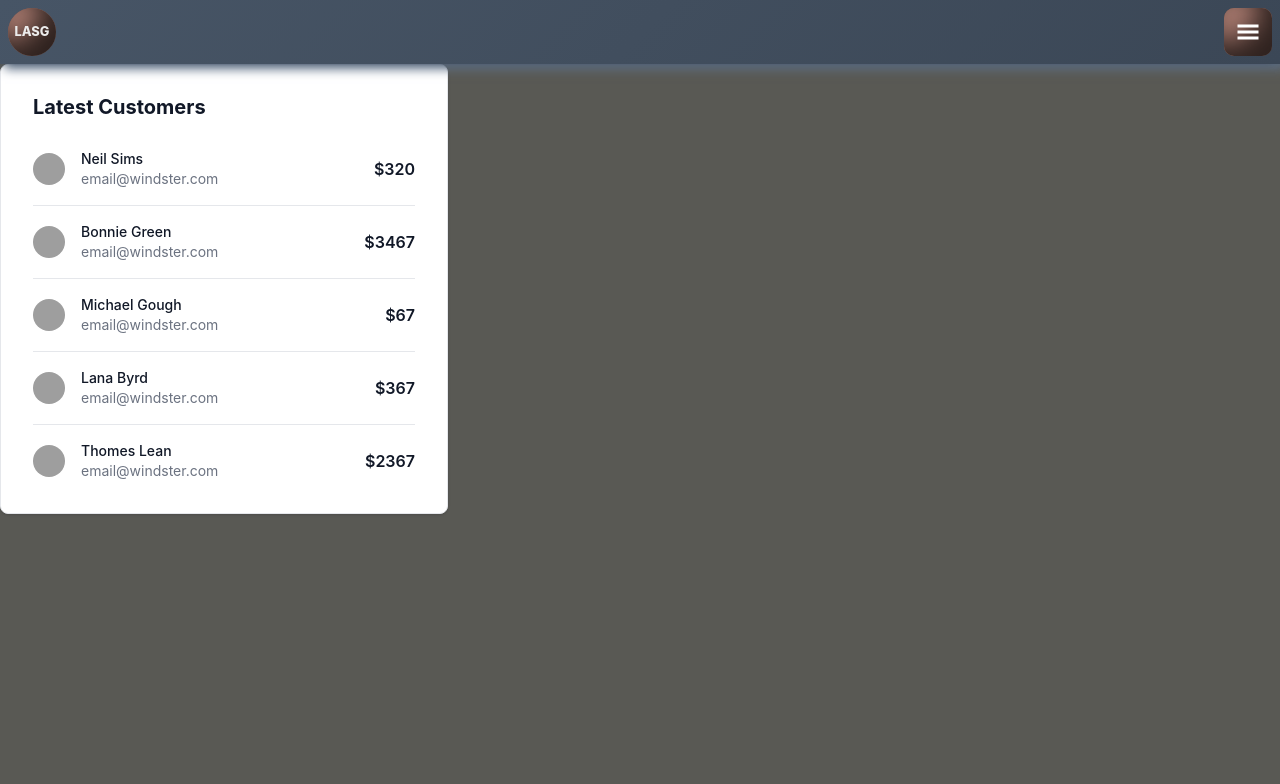
Repository: ShindanoSingi/LA-Swahili-Group
Page: /user (app in client/)
An editor plug-in stored every save of this project. The page is shown before and after the next save, followed by the edit.
The browser window is 1280 px wide. The pictures show the whole page.
Pictures or frames that could not be fetched are drawn as grey boxes. The project was rebuilt for these pictures with package versions that can differ from the ones it lists, and the page was loaded fresh each time. Also part of the build but not shown: client/src/pages/error/Error.css, client/src/pages/error/Error.js, client/src/pages/home/Home.js, client/src/pages/about/About.js, client/src/pages/contact/Contact.js, client/src/pages/login/Login.js.

Above is the page before, as saved 2024-02-07 23:28:49.

### client/src/index.js
import React from 'react';
import ReactDOM from 'react-dom/client';
import './index.css';
import App from './App';
import reportWebVitals from './reportWebVitals';
import { Provider } from "react-redux";
import store from './redux/store';
import { BrowserRouter } from 'react-router-dom';


const root = ReactDOM.createRoot(document.getElementById('root'));
root.render(
  <Provider store={store}>
    <BrowserRouter>
    <App />
    </BrowserRouter>
  </Provider>
);

// If you want to start measuring performance in your app, pass a function
// to log results (for example: reportWebVitals(console.log))
// or send to an analytics endpoint. Learn more: https://bit.ly/CRA-vitals
reportWebVitals();

### client/src/index.css
@tailwind base;
@tailwind components;
@tailwind utilities;

:root{
  --primary: #424F5F;
  --secondary: #F3F3F3;
  --tertiary: #F4A261;
  --quaternary: #2A9D8F;
  --quinary: #E9C46A;

}

body {
  margin: 0;
  font-family: -apple-system, BlinkMacSystemFont, 'Segoe UI', 'Roboto', 'Oxygen',
    'Ubuntu', 'Cantarell', 'Fira Sans', 'Droid Sans', 'Helvetica Neue',
    sans-serif;
  -webkit-font-smoothing: antialiased;
  -moz-osx-font-smoothing: grayscale;
}

.container{
  max-height: 100vh;
  background-color: var(--primary);
}

.container {
  display: flex;
  justify-content: center;
  align-items: center;
  height: 100vh;
}

.logo{
  height: 100dvh;
}

### client/src/App.js
import Header from "./components/header/Header";
import Error from "./pages/error/Error";
import Home from "./pages/home/Home";
import { Routes, Route, useNavigate } from "react-router-dom";
import About from "./pages/about/About";
import Contact from "./pages/contact/Contact";
import Login from "./pages/login/Login";
import UserDashBoard from "./pages/userDashBoard/UserDashBoard";
import { useEffect } from "react";


function App() {

      const navigate = useNavigate()

      const user = 'user';

      useEffect(() => {
            if (user === 'user') {
                  navigate('/user')
            }
      })

      return (
            <>
                  <Header />
                  <Routes>
                        <Route path="/" element={<Home />} />
                        <Route path="/about" element={<About />} />
                        <Route path="/contact" element={<Contact />} />
                        <Route path="/login" element={<Login />} />
                        <Route path="/user" element={<UserDashBoard/>} />
                        <Route
                              path="/:rest*"
                              element={
                                    <h1>
                                          <Error />
                                    </h1>
                              }
                        />
                  </Routes>
            </>
      );
}

export default App;

### client/src/redux/store.js
import { configureStore } from "@reduxjs/toolkit";

import userReducer from "./userSlice";

const store = configureStore({
    reducer: {
        userReducer,
    },
});

export default store;

### client/src/components/header/Header.js
import React, { useState } from "react";
import "./Header.css";
import { GiHamburgerMenu } from "react-icons/gi";
import { Link } from "react-router-dom";

function Header() {
      const [show, setShow] = useState(false);

      return (
            <div className="header fixed top-0 w-full flex items-center justify-between p-2">
                  <div className="w-12 h-12 rounded-full text-[0.8rem] logo-button flex font-extrabold text-[#EBEBEB] justify-center items-center">
                        LASG
                  </div>
                  <div className="hambourger h-12 w-12 flex items-center justify-center">
                        <GiHamburgerMenu
                              className="text-[#FFFFFF] text-2xl"
                              onClick={() => setShow(!show)}
                        />
                  </div>
                  {show && (
                        <ul className="flex flex-col items-center p-2 top-[4.2rem] right-2 menu text-[#FFFFFF] absolute">
                              <Link to="/" onClick={() => setShow(!show)}>
                                    <li className="menu-item">Home</li>
                              </Link>
                              <Link to="/about" onClick={() => setShow(!show)}>
                                    <li className="menu-item">About</li>
                              </Link>
                              <Link
                                    to="/contact"
                                    onClick={() => setShow(!show)}
                              >
                                    <li className="menu-item">Contact</li>
                              </Link>
                              <Link to="/login" onClick={() => setShow(!show)}>
                                    <li className="menu-item">Login</li>
                              </Link>
                        </ul>
                  )}
            </div>
      );
}

export default Header;

### client/src/pages/userDashBoard/UserDashBoard.js
import React from "react";

function UserDashBoard() {
      return (
            <div className="mt-[4rem] min-h-[100vh] bg-[#595954] text-[#FFFFFF]">
                  <div className="w-full max-w-md p-4 bg-white border border-gray-200 rounded-lg shadow sm:p-8 dark:bg-gray-800 dark:border-gray-700">
                        <div className="flex items-center justify-between mb-4">
                              <h5 className="text-xl font-bold leading-none text-gray-900 dark:text-white">
                                    Latest Customers
                              </h5>
                        </div>
                        <div className="flow-root">
                              <ul
                                    role="list"
                                    className="divide-y divide-gray-200 dark:divide-gray-700"
                              >
                                    <li className="py-3 sm:py-4">
                                          <div className="flex items-center">
                                                <div className="flex-shrink-0">
                                                      <img
                                                            className="w-8 h-8 rounded-full"
                                                            src="https://picsum.photos/200/300"
                                                            alt="Neil image"
                                                      />
                                                </div>
                                                <div className="flex-1 min-w-0 ms-4">
                                                      <p className="text-sm font-medium text-gray-900 truncate dark:text-white">
                                                            Neil Sims
                                                      </p>
                                                      <p className="text-sm text-gray-500 truncate dark:text-gray-400">
                                                            email@windster.com
                                                      </p>
                                                </div>
                                                <div className="inline-flex items-center text-base font-semibold text-gray-900 dark:text-white">
                                                      $320
                                                </div>
                                          </div>
                                    </li>
                                    <li className="py-3 sm:py-4">
                                          <div className="flex items-center ">
                                                <div className="flex-shrink-0">
                                                      <img
                                                            className="w-8 h-8 rounded-full"
                                                            src="https://picsum.photos/200/300"
                                                            alt="Bonnie image"
                                                      />
                                                </div>
                                                <div className="flex-1 min-w-0 ms-4">
                                                      <p className="text-sm font-medium text-gray-900 truncate dark:text-white">
                                                            Bonnie Green
                                                      </p>
                                                      <p className="text-sm text-gray-500 truncate dark:text-gray-400">
                                                            email@windster.com
                                                      </p>
                                                </div>
                                                <div className="inline-flex items-center text-base font-semibold text-gray-900 dark:text-white">
                                                      $3467
                                                </div>
                                          </div>
                                    </li>
                                    <li className="py-3 sm:py-4">
                                          <div className="flex items-center">
                                                <div className="flex-shrink-0">
                                                      <img
                                                            className="w-8 h-8 rounded-full"
                                                            src="https://picsum.photos/200/300"
                                                            alt="Michael image"
                                                      />
                                                </div>
                                                <div className="flex-1 min-w-0 ms-4">
                                                      <p className="text-sm font-medium text-gray-900 truncate dark:text-white">
                                                            Michael Gough
                                                      </p>
                                                      <p className="text-sm text-gray-500 truncate dark:text-gray-400">
                                                            email@windster.com
                                                      </p>
                                                </div>
                                                <div className="inline-flex items-center text-base font-semibold text-gray-900 dark:text-white">
                                                      $67
                                                </div>
                                          </div>
                                    </li>
                                    <li className="py-3 sm:py-4">
                                          <div className="flex items-center ">
                                                <div className="flex-shrink-0">
                                                      <img
                                                            className="w-8 h-8 rounded-full"
                                                            src="https://picsum.photos/200/300"
                                                            alt="Lana image"
                                                      />
                                                </div>
                                                <div className="flex-1 min-w-0 ms-4">
                                                      <p className="text-sm font-medium text-gray-900 truncate dark:text-white">
                                                            Lana Byrd
                                                      </p>
                                                      <p className="text-sm text-gray-500 truncate dark:text-gray-400">
                                                            email@windster.com
                                                      </p>
                                                </div>
                                                <div className="inline-flex items-center text-base font-semibold text-gray-900 dark:text-white">
                                                      $367
                                                </div>
                                          </div>
                                    </li>
                                    <li className="pt-3 pb-0 sm:pt-4">
                                          <div className="flex items-center ">
                                                <div className="flex-shrink-0">
                                                      <img
                                                            className="w-8 h-8 rounded-full"
                                                            src="https://picsum.photos/200/300"
                                                            alt="Thomas image"
                                                      />
                                                </div>
                                                <div className="flex-1 min-w-0 ms-4">
                                                      <p className="text-sm font-medium text-gray-900 truncate dark:text-white">
                                                            Thomes Lean
                                                      </p>
                                                      <p className="text-sm text-gray-500 truncate dark:text-gray-400">
                                                            email@windster.com
                                                      </p>
                                                </div>
                                                <div className="inline-flex items-center text-base font-semibold text-gray-900 dark:text-white">
                                                      $2367
                                                </div>
                                          </div>
                                    </li>
                              </ul>
                        </div>
                  </div>
            </div>
      );
}

export default UserDashBoard;

### client/src/redux/userSlice.js
import {createSlice} from '@reduxjs/toolkit';

const userSlice = createSlice({
    name: 'user',
    initialState: {
        user: null,
    },
    reducers: {
        setUser: (state, action) => {
            state.user = action.payload;
        },
    },
});

export const {setUser} = userSlice.actions;
export default userSlice.reducer;

### client/src/components/header/Header.css
.header {
    border-radius: 0px;
background: linear-gradient(315deg, #3b4756, #475566);
box-shadow:  -5px -5px 10px #262e37,
             5px 5px 10px #5e7087;
}

.logo-button {
    border-radius: 50%;
    background: #6E5049;
    box-shadow: inset -14px -14px 27px #2d211e, inset 14px 14px 27px #af7f74;
}

.hambourger {
    border-radius: 10px;
    background: #6E5049;
    box-shadow: inset -14px -14px 27px #2d211e, inset 14px 14px 27px #af7f74;
}

.menu {
    border-radius: 9px;
    background: #3E5F75;
    box-shadow: inset -5px -5px 10px #38556c, inset 5px 5px 10px #5885a8;
    padding: 0.5rem;
}

.menu-item{
    border-radius: 7px;
background: #486D8A;
box-shadow: inset -15px -15px 13px #2a3f50,
            inset 15px 15px 13px #669bc4;
            width: 5rem;
            text-align: center;
            margin: 0.2rem;
            padding: 0.2rem 0.5rem;
}

Loaded but not shown: client/public/index.html (common file); client/src/reportWebVitals.js (common file); client/tailwind.config.js (common file)

After the next save:
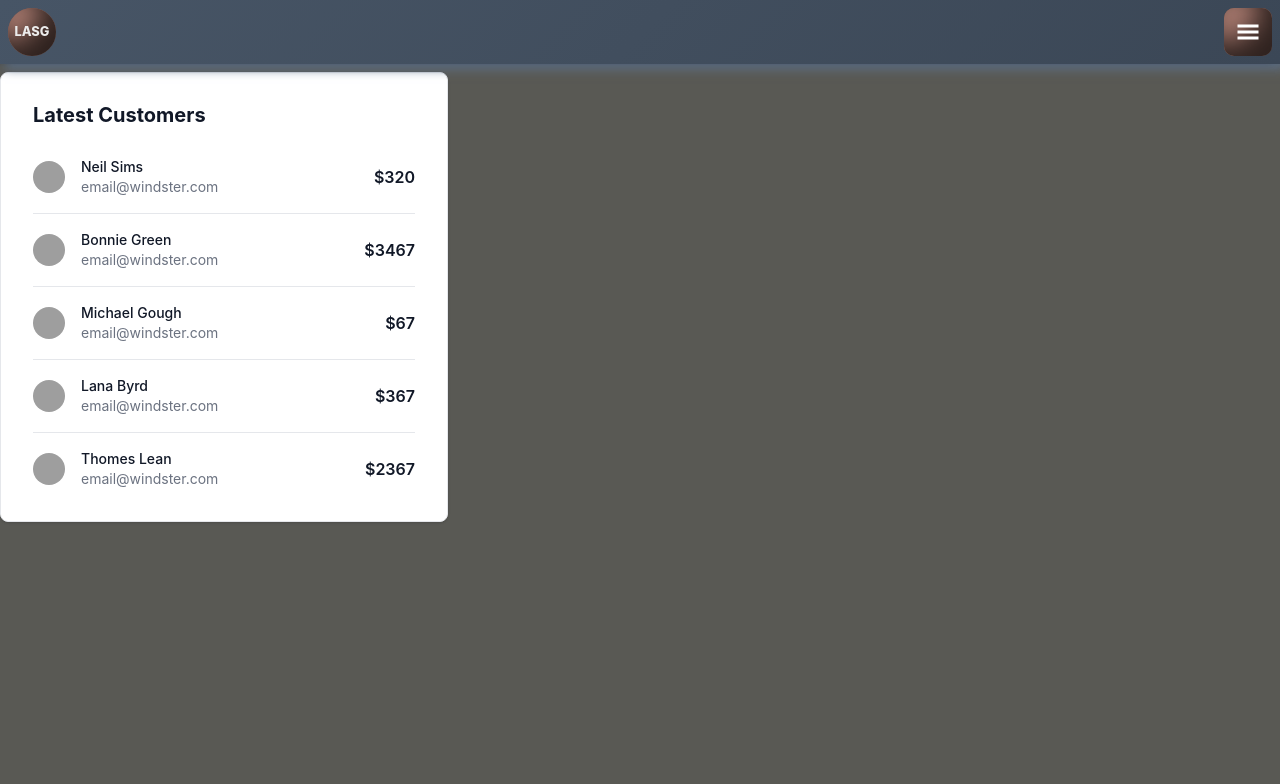
Saved 7 s later.
--- a/client/src/pages/userDashBoard/UserDashBoard.js
+++ b/client/src/pages/userDashBoard/UserDashBoard.js
@@ -2,7 +2,7 @@ import React from "react";
 
 function UserDashBoard() {
       return (
-            <div className="mt-[4rem] min-h-[100vh] bg-[#595954] text-[#FFFFFF]">
+            <div className="mt-[4rem] pt-2 min-h-[100vh] bg-[#595954] text-[#FFFFFF]">
                   <div className="w-full max-w-md p-4 bg-white border border-gray-200 rounded-lg shadow sm:p-8 dark:bg-gray-800 dark:border-gray-700">
                         <div className="flex items-center justify-between mb-4">
                               <h5 className="text-xl font-bold leading-none text-gray-900 dark:text-white">
